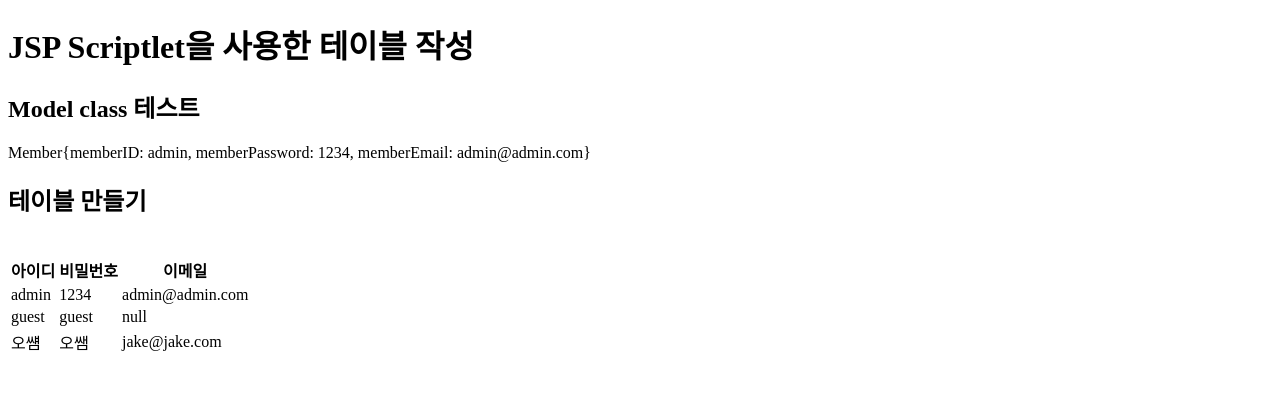
Repository: ljh5973/labweb
Page: http://localhost/JSP02/03_table.jsp
These files come from the project's save history. The page is drawn as it stood at one moment and after the next save; the edit follows.
The browser window is 1280 px wide. The pictures show the whole page.
The page is served by Tomcat 9. Other server files are loaded and not shown.

Above is the page before, as saved 2022-01-07 06:04:50.

### JSP02/webapp/03_table.jsp
<%@page import="java.util.ArrayList"%>
<%@page import="edu.web.model.Member"%>
<%@ page language="java" contentType="text/html; charset=UTF-8"
    pageEncoding="UTF-8"%>
<%@ page trimDirectiveWhitespaces="true"%>
<!DOCTYPE html>
<html>
	<head>
		<meta charset="UTF-8">
		<title>Insert title here</title>
	</head>
	<body>

	<h1>JSP Scriptlet을 사용한 테이블 작성</h1>
	<h2>Model class 테스트</h2>

	<%
	Member member=new Member("admin","1234","admin@admin.com");

	%>
	<div><%= member %> <%--  --%></div>

	<%-- 테이블을 만들 더미 데이터 생성 --%>
	<%
	 ArrayList<Member> list=new ArrayList<>();
	 list.add(member);
	 list.add(new Member("guest","guest",null));
	 list.add(new Member("오썜", "오쌤", "jake@jake.com"));

	%>

	<h2>테이블 만들기</h2>
	<table>
		<thead>
			<tr>
				<th>아이디</th>
				<th>비밀번호</th>
				<th>이메일</th>
			</tr>
		</thead>
		<br>
		<tbody>
		<% for(Member m:list){
			out.print("<tr>");
			out.print("<td>");
			out.print(m.getMemberId());
			out.print("</td>");

			out.print("<td>");
			out.print(m.getMemberPassword());
			out.print("</td>");

			out.print("<td>");
			out.print(m.getMemberEmail());
			out.print("</td>");
			out.print("</tr>");

		} %>
		</tbody>
	</table>
	</body>
</html>

### JSP02/src/edu/web/model/Member.java
package edu.web.model;

/**
 * @author wlsgh
 *
 */
public class Member {

	// 멤버 변수(필드, 프로퍼티)
	private String memberId;
	private String memberPassword;
	private String memberEmail;

	public Member() {
		// TODO Auto-generated constructor stub
	}




	public Member(String memberId, String memberPassword, String memberEmail) {
		this.memberId = memberId;
		this.memberPassword = memberPassword;
		this.memberEmail = memberEmail;
	}




	public String getMemberId() {
		return memberId;
	}

	public void setMemberId(String memberId) {
		this.memberId = memberId;
	}

	public String getMemberPassword() {
		return memberPassword;
	}

	public void setMemberPassword(String memberPassword) {
		this.memberPassword = memberPassword;
	}

	public String getMemberEmail() {
		return memberEmail;
	}

	public void setMemberEmail(String memberEmail) {
		this.memberEmail = memberEmail;
	}




	@Override
	public String toString() {

		// String format(format, args)
		// format: %s, %d, %f
		return String.format("Member{memberID: %s, memberPassword: %s, memberEmail: %s}", this.memberId, this.memberPassword, this.memberEmail);
	}



}

After the next save:
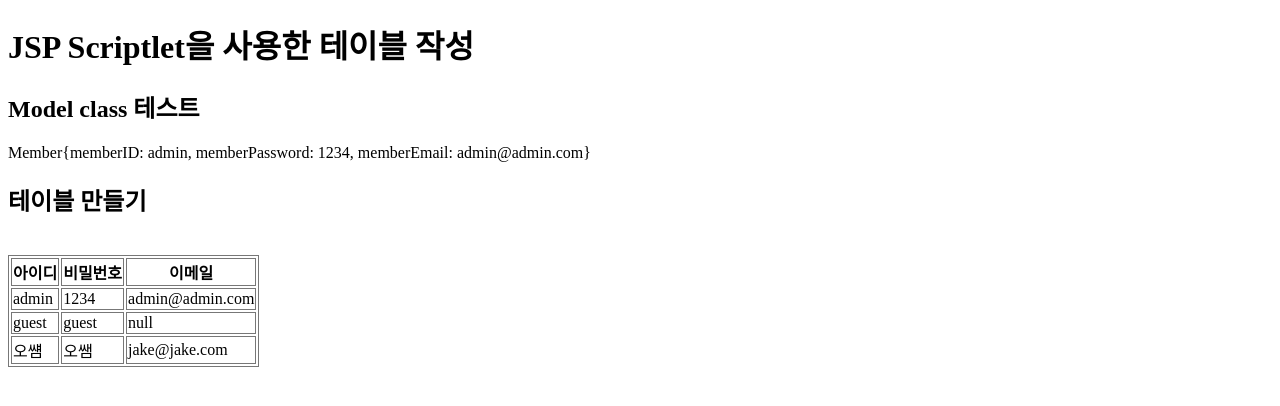
Saved 116 s later.
--- a/JSP02/webapp/03_table.jsp
+++ b/JSP02/webapp/03_table.jsp
@@ -8,6 +8,10 @@
 	<head>
 		<meta charset="UTF-8">
 		<title>Insert title here</title>
+		<style>
+			table, th ,td {
+			border: 1px solid #777}
+		</style>
 	</head>
 	<body>
 

After the save that followed:
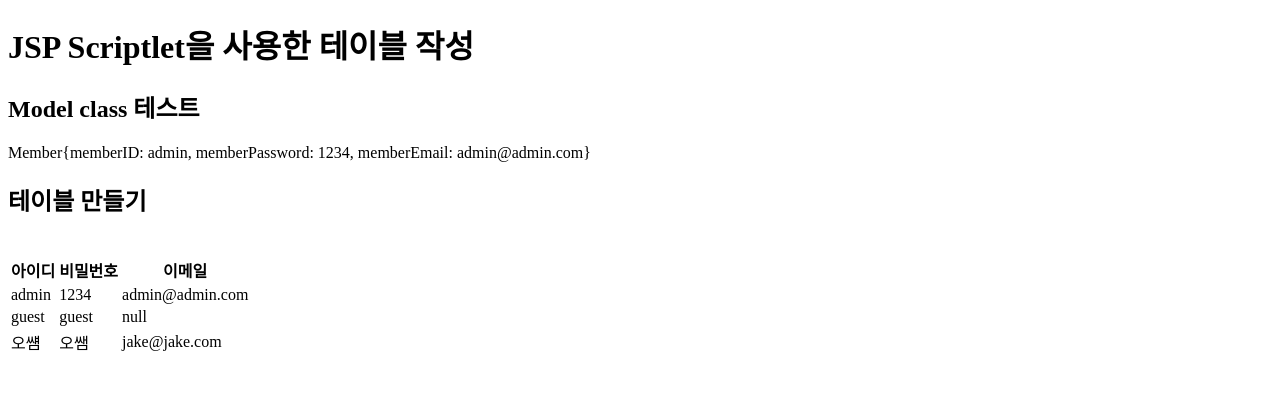
Saved 15 s later.
--- a/JSP02/webapp/03_table.jsp
+++ b/JSP02/webapp/03_table.jsp
@@ -10,7 +10,7 @@
 		<title>Insert title here</title>
 		<style>
 			table, th ,td {
-			border: 1px solid #777}
+			border-collapse: 1px solid #777}
 		</style>
 	</head>
 	<body>
